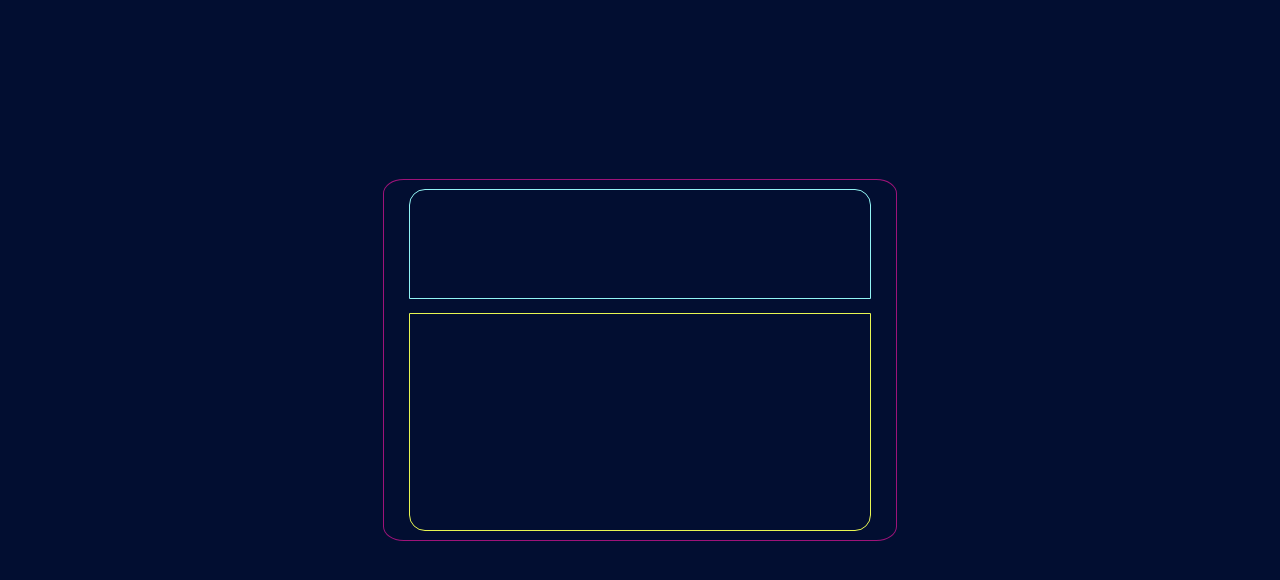
Repository: 2001mariana/Calculator_react
Page: /
These files come from the project's save history. The page is drawn as it stood at one moment and after the next save; the edit follows.
The browser window is 1280 px wide. The pictures show the whole page.
The project was rebuilt for these pictures with package versions that can differ from the ones it lists, and the page was loaded fresh each time.

Above is the page before, as saved 2023-02-06 17:39:03.

### src/index.tsx
import React from "react";
import ReactDOM from "react-dom/client";

import App from "./App";
import reportWebVitals from "./reportWebVitals";

import "./index.css";

const root = ReactDOM.createRoot(
  document.getElementById("root") as HTMLElement
);
root.render(
  <React.StrictMode>
    <App />
  </React.StrictMode>
);

reportWebVitals();

### src/App.tsx
import "./App.css";

function App() {
  return (
    <div className="Calculator">
      <div className="Calculator__body">
        <div className="Calculator__screen"></div>
        <div className="Calculator__buttons"></div>
      </div>
    </div>
  );
}

export default App;

### src/App.css
.Calculator {
  background-color: #020e31;
  height: 100vh;
  display: flex;
  justify-content: center;
  align-items: center;
}

.Calculator__body {
  height: 50vh;
  width: 40vw;
  border-radius: 4%;
  border: 1px solid #9e1379;
  display: flex;
  flex-direction: column;
  justify-content: center;
  align-items: center;
  gap: 4%;
}

.Calculator__screen {
  border: 1px solid #92F4F4;
  height: 30%;
  width: 90%;
  border-radius: 16px 16px 0 0;
}

.Calculator__buttons {
  border: 1px solid #e8f652;
  height: 60%;
  width: 90%;
  border-radius: 0 0 16px 16px;
}

@media (max-width: 1200px) {
  .Calculator__body {
    height: 55vh;
  }
}

@media (max-width: 1100px) {
  .Calculator__body {
    width: 50vw;
    height: 60vh;
  }
}

@media (max-width: 1000px) {
  .Calculator__body {
    width: 55vw;
    height: 65vh;
  }
}

@media (max-width: 900px) {
  .Calculator__body {
    width: 60vw;
    height: 70vh;
  }
}

@media (max-width: 800px) {
  .Calculator__body {
    width: 70vw;
    height: 75vh;
  }
}

@media (max-width: 680px) {
  .Calculator__body {
    width: 80vw;
    height: 80vh;
  }
}

@media (max-width: 560px) {
  .Calculator__body {
    width: 90vw;
  }
}

Loaded but not shown: public/index.html (common file); src/reportWebVitals.ts (common file); src/index.css (common file)

After the next save:
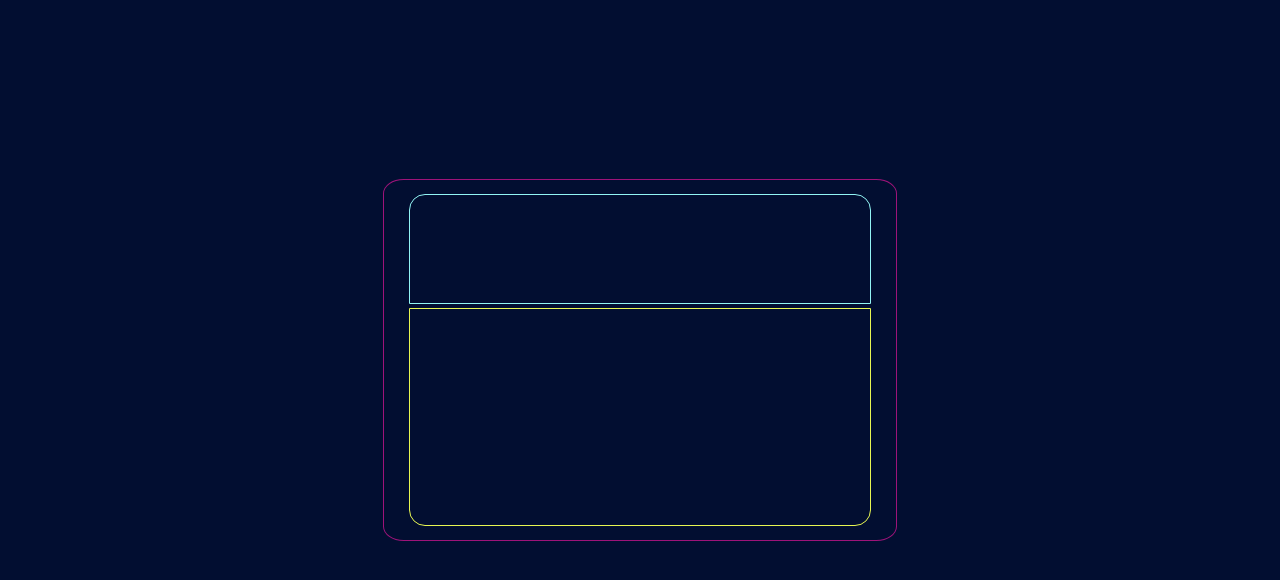
Saved 16 s later.
--- a/src/App.css
+++ b/src/App.css
@@ -15,7 +15,7 @@
   flex-direction: column;
   justify-content: center;
   align-items: center;
-  gap: 4%;
+  gap: 1%;
 }
 
 .Calculator__screen {
